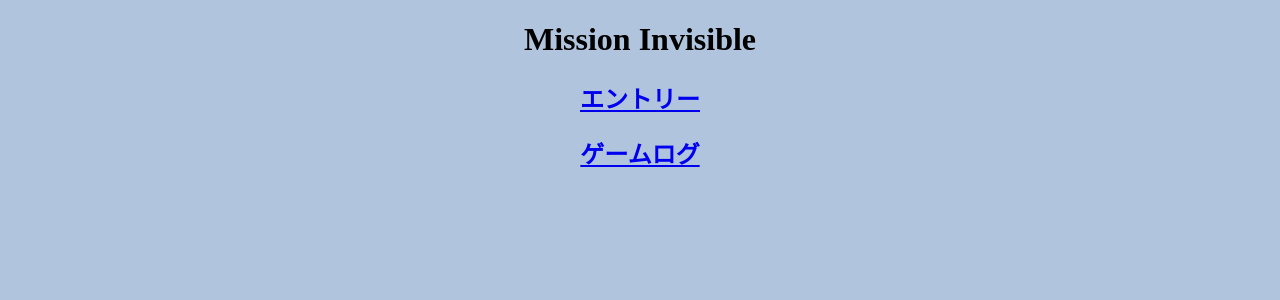
Repository: shoma2491/Mission_Invisible
Page: src/main/resources/static/index.html
The author's editor kept a copy of each file at every save. The page is drawn from the files as they stood at one save, then again after the next save.
The browser window is 1280 px wide. The pictures show the whole page.

Above is the page before, as saved 2022-01-18 16:44:39.

After the next save:
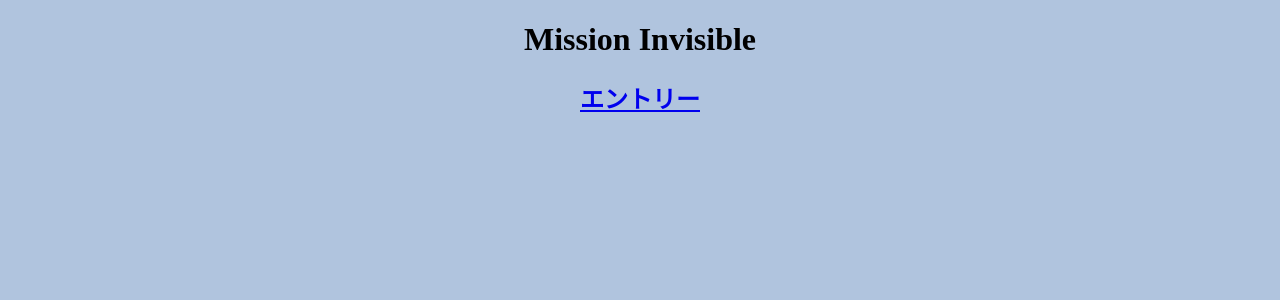
Saved 53 s later.
--- a/src/main/resources/static/index.html
+++ b/src/main/resources/static/index.html
@@ -9,7 +9,6 @@
 <body bgcolor="lightsteelblue">
   <h1 style="text-align:center">Mission Invisible</h1>
   <h2 style="text-align:center"><a href="/entry">エントリー</a></h2>
-  <h2 style="text-align:center"><a href="/log">ゲームログ</a></h2>
 </body>
 
 </html>
